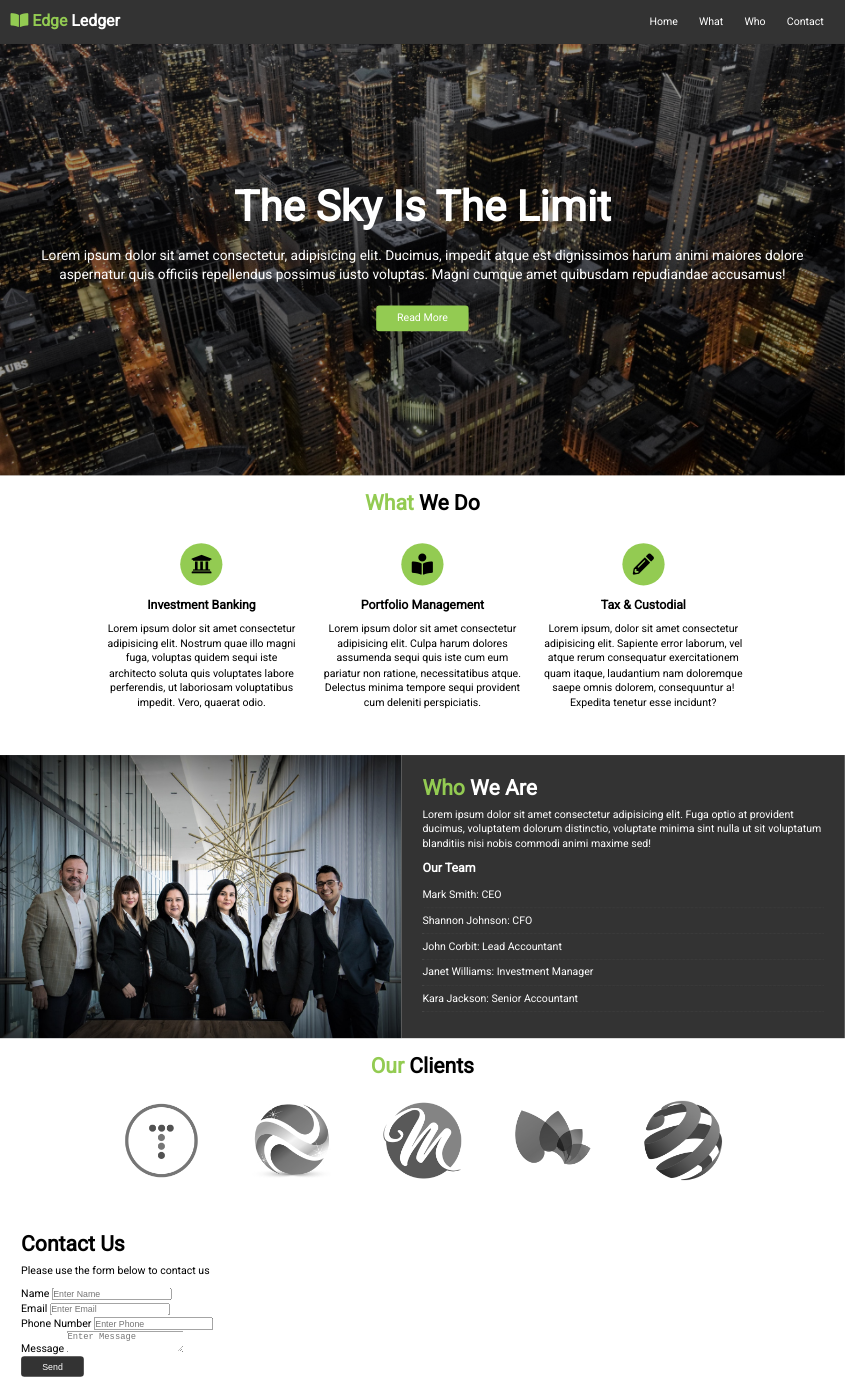
Repository: minhtien9/EdgeLedger-Financial-Web
Page: index.html
The author's editor kept a copy of each file at every save. The page is drawn from the files as they stood at one save, then again after the next save.
The browser window is 1280 px wide. The pictures show the whole page, at 66% of full size.

Above is the page before, as saved 2021-08-16 23:04:17.

### index.html
<!DOCTYPE html>
<html lang="en">

<head>
    <meta charset="UTF-8" />
    <meta http-equiv="X-UA-Compatible" content="IE=edge" />
    <meta name="viewport" content="width=device-width, initial-scale=1.0" />
    <link rel="stylesheet" href="https://cdnjs.cloudflare.com/ajax/libs/font-awesome/5.15.4/css/all.min.css" integrity="sha512-1ycn6IcaQQ40/MKBW2W4Rhis/DbILU74C1vSrLJxCq57o941Ym01SwNsOMqvEBFlcgUa6xLiPY/NS5R+E6ztJQ==" crossorigin="anonymous" referrerpolicy="no-referrer"
    />
    <link rel="stylesheet" media="screen and (max-width:768px)" href="css/mobile.css" />
    <link rel="stylesheet" media="screen  and (min-width:1100)" href="css/widescreen.css" />
    <link rel="stylesheet" href="css/style.css" />
    <title>EdgeLedger Financial | Accounting & Investment</title>
</head>

<body id="home">
    <!-- Navbar -->
    <nav id="navbar">
        <h1 class="logo">
            <span class="text-primary"> <i class="fas fa-book-open"></i> Edge </span
        >Ledger
      </h1>
      <ul>
        <li><a href="#home">Home</a></li>
        <li><a href="#what">What</a></li>
        <li><a href="#who">Who</a></li>
        <li><a href="#contact">Contact</a></li>
      </ul>
    </nav>
    <!-- Header: Showcase -->
    <header id="showcase">
      <div class="showcase-content">
        <h1 class="l-heading">The Sky Is The Limit</h1>
        <p class="lead">
          Lorem ipsum dolor sit amet consectetur, adipisicing elit. Ducimus,
          impedit atque est dignissimos harum animi maiores dolore aspernatur
          quis officiis repellendus possimus iusto voluptas. Magni cumque amet
          quibusdam repudiandae accusamus!
        </p>
        <a href="#what" class="btn">Read More</a>
      </div>
    </header>
    <!-- Section: What We Do -->
    <section id="what" class="bg-ligh py-1">
      <div class="container">
        <h2 class="m-heading text-center">
          <span class="text-primary">What</span> We Do
            </h2>
            <div class="items">
                <div class="item">
                    <i class="fas fa-university fa-2x"></i>
                    <div>
                        <h3>Investment Banking</h3>
                        <p>
                            Lorem ipsum dolor sit amet consectetur adipisicing elit. Nostrum quae illo magni fuga, voluptas quidem sequi iste architecto soluta quis voluptates labore perferendis, ut laboriosam voluptatibus impedit. Vero, quaerat odio.
                        </p>
                    </div>
                </div>
                <div class="item">
                    <i class="fas fa-book-reader fa-2x"></i>
                    <div>
                        <h3>Portfolio Management</h3>
                        <p>
                            Lorem ipsum dolor sit amet consectetur adipisicing elit. Culpa harum dolores assumenda sequi quis iste cum eum pariatur non ratione, necessitatibus atque. Delectus minima tempore sequi provident cum deleniti perspiciatis.
                        </p>
                    </div>
                </div>
                <div class="item">
                    <i class="fas fa-pencil-alt fa-2x"></i>
                    <div>
                        <h3>Tax & Custodial</h3>
                        <p>
                            Lorem ipsum, dolor sit amet consectetur adipisicing elit. Sapiente error laborum, vel atque rerum consequatur exercitationem quam itaque, laudantium nam doloremque saepe omnis dolorem, consequuntur a! Expedita tenetur esse incidunt?
                        </p>
                    </div>
                </div>
            </div>
            </div>
            </section>

            <!-- Section :Who We Are -->
            <section id="who">
                <div class="who-img"></div>
                <div class="who-text bg-dark p-2">
                    <h2 class="m-heading"><span class="text-primary">Who</span> We Are</h2>
                    <p>
                        Lorem ipsum dolor sit amet consectetur adipisicing elit. Fuga optio at provident ducimus, voluptatem dolorum distinctio, voluptate minima sint nulla ut sit voluptatum blanditiis nisi nobis commodi animi maxime sed!
                    </p>
                    <h3>Our Team</h3>
                    <ul class="list">
                        <li>Mark Smith: CEO</li>
                        <li>Shannon Johnson: CFO</li>
                        <li>John Corbit: Lead Accountant</li>
                        <li>Janet Williams: Investment Manager</li>
                        <li>Kara Jackson: Senior Accountant</li>
                    </ul>
                </div>
            </section>

            <!-- Section: Clients -->
            <section id="clients" class="py-1">
                <div class="container">
                    <h2 class="m-heading text-center">
                        <span class="text-primary">Our</span> Clients
                    </h2>
                    <div class="items py-1">
                        <div><img src="./img/logos/logo1.png" alt="Client" /></div>
                        <div><img src="./img/logos/logo2.png" alt="Client" /></div>
                        <div><img src="./img/logos/logo3.png" alt="Client" /></div>
                        <div><img src="./img/logos/logo4.png" alt="Client" /></div>
                        <div><img src="./img/logos/logo5.png" alt="Client" /></div>
                    </div>
                </div>
            </section>

            <!-- Section: Contact -->
            <section id="contact">
                <div class="contact-form bg-primary p-2">
                    <h2 class="m-heading">Contact Us</h2>
                    <p>Please use the form below to contact us</p>
                    <form>
                        <div class="form-group">
                            <label for="name">Name</label>
                            <input type="text" name="name" id="name" placeholder="Enter Name" />
                        </div>
                        <div class="form-group">
                            <label for="email">Email</label>
                            <input type="email" name="email" id="email" placeholder="Enter Email" />
                        </div>
                        <div class="form-group">
                            <label for="phone">Phone Number</label>
                            <input type="text" name="phone" id="phone" placeholder="Enter Phone" />
                        </div>
                        <div class="form-group">
                            <label for="message">Message</label>
                            <textarea name="message" id="message" placeholder="Enter Message"></textarea>
                        </div>
                        <input type="submit" value="Send" class="btn btn-dark" />
                    </form>
                </div>
                <div class="map"></div>
            </section>
</body>

</html>

### css/style.css
@import url('https://fonts.googleapis.com/css2?family=Roboto&display=swap');
* {
    box-sizing: border-box;
    margin: 0;
    padding: 0;
}

body {
    font-family: 'Roboto', sans-serif;
    line-height: 1.4;
}

a {
    text-decoration: none;
}

p {
    margin: 0.75rem 0;
}


/* Utility Classes */

.container {
    max-width: 1100px;
    margin: auto;
    padding: 0 2rem;
    overflow: hidden;
}

.text-center {
    text-align: center;
}

.text-primary {
    color: #93cb52;
}

.bg-light {
    background: #f4f4f4;
    color: #333;
}

.bg-dark {
    background: #333;
    color: #fff;
}

.l-heading {
    font-size: 4rem;
    margin-bottom: 0.75rem;
    line-height: 1.1;
}

.m-heading {
    font-size: 2rem;
    margin-bottom: 0.75rem;
    line-height: 1.1;
}

.lead {
    font-size: 1.3rem;
    margin-bottom: 2rem;
}

.py-1 {
    padding: 1.5rem;
}

.py-2 {
    padding: 2rem;
}

.py-3 {
    padding: 3rem;
}

.p-1 {
    padding: 1.5rem;
}

.p-2 {
    padding: 2rem;
}

.p-3 {
    padding: 3rem;
}

.btn {
    display: inline-block;
    color: #fff;
    background: #93cb52;
    padding: 0.5rem 2rem;
    border: none;
    border-radius: 5px;
}

.btn:hover {
    background: #7ab436;
}

.btn-dark {
    background: #333;
    color: #fff;
}

.list {
    margin: 0.5rem 0;
    list-style: none;
}

.list li {
    padding: 0.5rem 0;
    border-bottom: #444 dotted 1px;
}


/* Navbar */

#navbar {
    display: flex;
    top: 0;
    background: #333;
    color: #fff;
    justify-content: space-between;
    z-index: 1;
    padding: 1rem;
    position: fixed;
    width: 100%;
}

#navbar ul {
    display: flex;
    align-items: center;
    list-style: none;
}

#navbar ul li a {
    color: #fff;
    padding: 0.75rem;
    margin: 0 0.25rem;
}

#navbar ul li a:hover {
    background: #93cb52;
    border-radius: 5px;
}


/* Showcase */

#showcase {
    background: #333 url('../img/showcase.jpg') no-repeat center center/cover;
    height: 100vh;
    color: #fff;
}

#showcase .showcase-content {
    display: flex;
    flex-direction: column;
    text-align: center;
    justify-content: center;
    align-items: center;
    height: auto;
    padding: 0 2rem;
    /* Overlay */
    position: absolute;
    top: 60px;
    left: 0;
    right: 0;
    bottom: 0;
    background-color: rgba(0, 0, 0, 0.4);
}


/* Section: What We Do */

#what .items {
    display: flex;
    padding: 1rem;
}

#what .items .item {
    flex: 1;
    text-align: center;
    padding: 1rem;
}

#what .items .item i {
    background: #93cb52;
    padding: 1rem;
    border-radius: 50%;
    margin-bottom: 1rem;
}


/* Section: Who We Are */

#who {
    display: flex;
}

#who div {
    flex: 1;
}

#who .who-img {
    background: url('../img/people.jpg') no-repeat center center/cover;
}


/* Client */

#clients .items {
    display: flex;
}

#clients .items img {
    display: block;
    margin: auto;
    width: 60%;
}

Loaded but not shown: css/mobile.css (no stored copy; drawn as an empty file); css/widescreen.css (no stored copy; drawn as an empty file)

After the next save:
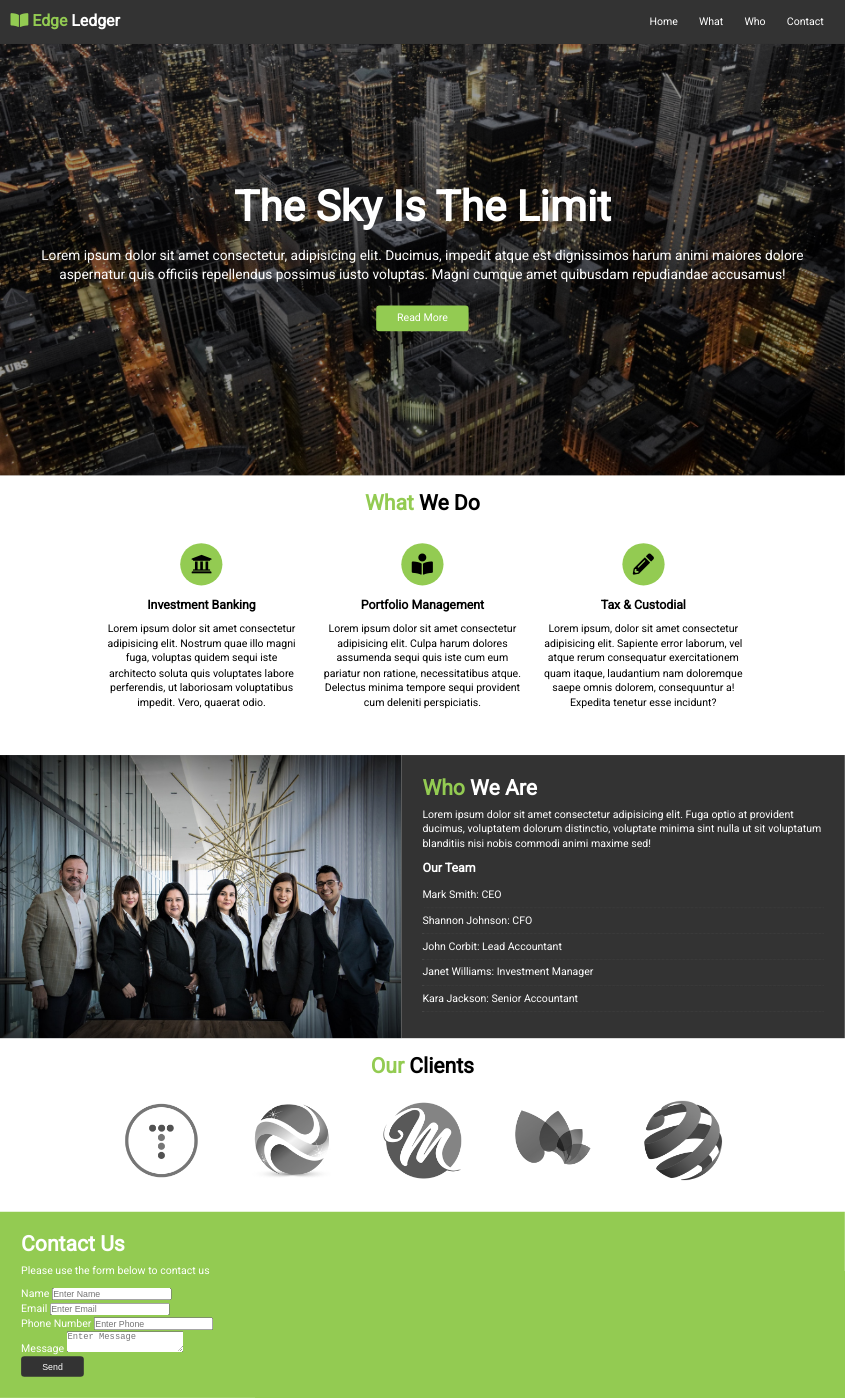
Saved 2 min 56 s later.
--- a/css/style.css
+++ b/css/style.css
@@ -43,6 +43,11 @@
 
 .bg-dark {
     background: #333;
+    color: #fff;
+}
+
+.bg-primary {
+    background: #93cb52;
     color: #fff;
 }
 
